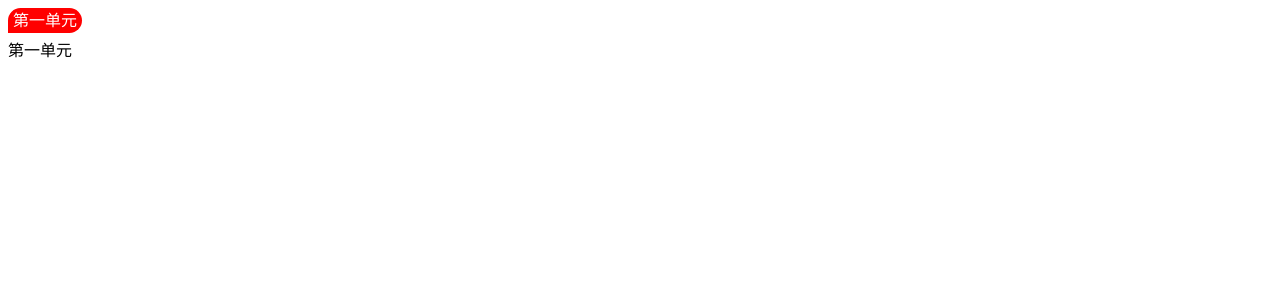
Repository: cw19931024/Demo
Page: iframe.html
An editor plug-in stored every save of this project. The page is shown before and after a run of saves, followed by the edit.
The browser window is 1280 px wide. The pictures show the whole page.

Above is the page before, as saved 2017-08-15 17:21:58.

After the next 2 saves:
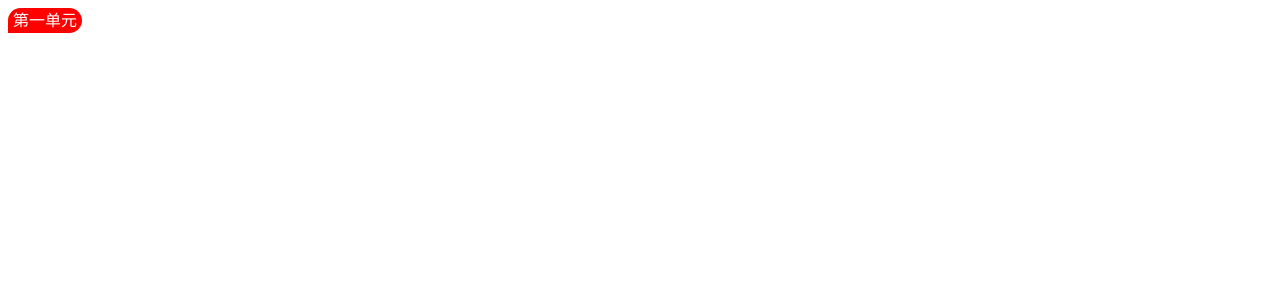
The 2 saves are shown as one change because they came seconds apart.
The last was saved 14 s later.
--- a/iframe.html
+++ b/iframe.html
@@ -20,10 +20,24 @@
             overflow: hidden;
             color: white;
         }
+        .test{
+            min-width: 25px;
+            display: inline-block;
+            height: 25px;
+            border-top-left-radius: 25px;
+            border-top-right-radius: 25px;
+            border-bottom-right-radius: 25px;
+            background: red;
+            padding: 0 5px;
+            line-height: 25px;
+            box-sizing: border-box;
+            overflow: hidden;
+            color: white;
+        }
     </style>
 </head>
 <body>
     <div class="test">第一单元</div>
-    <div class="test1">第一单元</div>
+    <div class="test1"></div>
 </body>
 </html>
